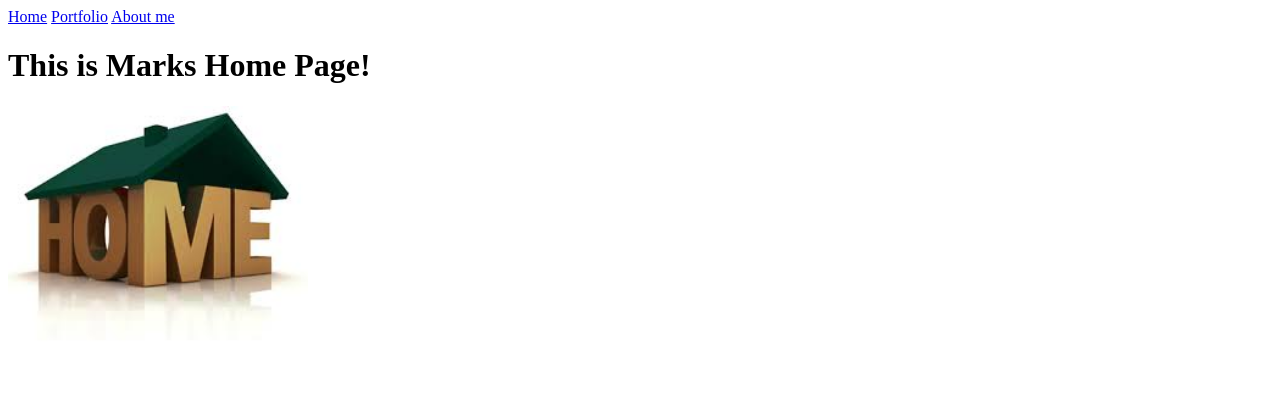
Repository: MOlivarez541/MOlivarez541.github.io
Page: my_website/index.html
The author's editor kept a record of every edit. The page is drawn from the files as they stood at one moment, then again after the next edit.
The browser window is 1280 px wide. The pictures show the whole page.

Above is the page before.

After the next edit:
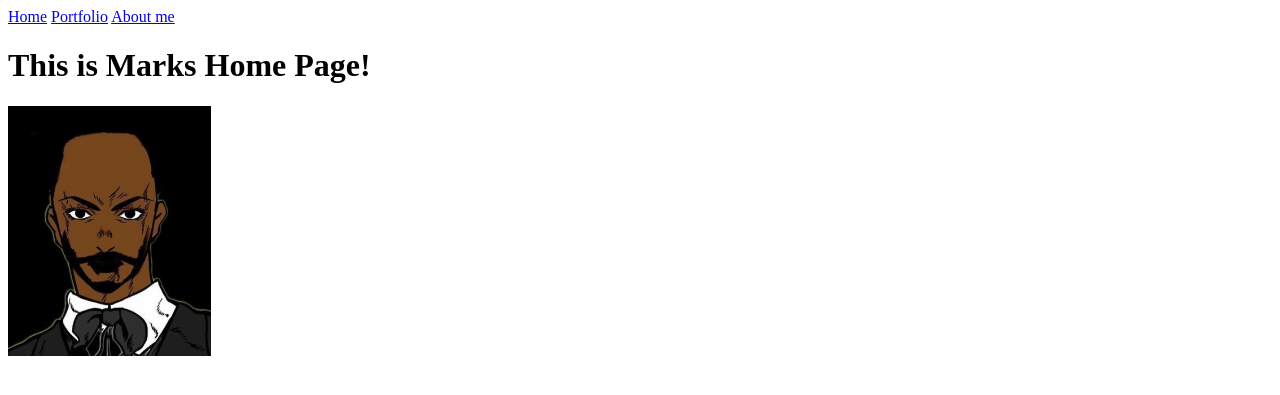
The edit:
--- a/my_website/index.html
+++ b/my_website/index.html
@@ -9,6 +9,6 @@
     <a href="portfolio.html">Portfolio</a>
     <a href="aboutme.html">About me</a>
     <h1>This is Marks Home Page!</h1>
-    <img src="images/home.jpg" height="250">
+    <img src="images/JOJORamsey.jpg" height="250">
   </body>
 </html>
